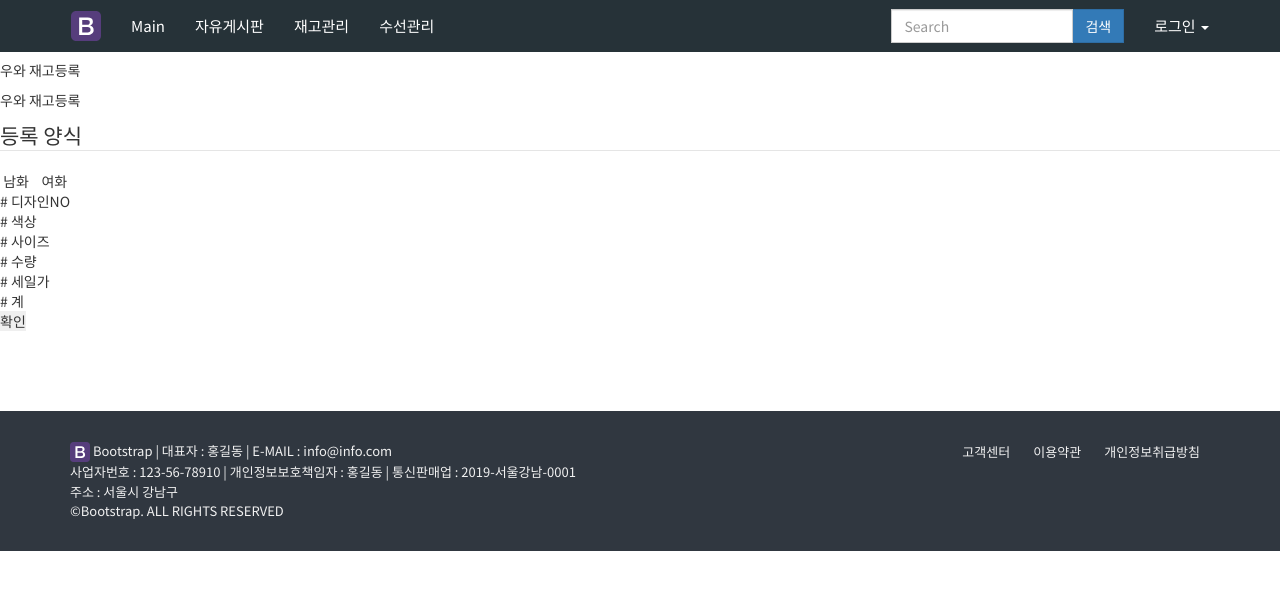
Repository: RattenLegs/Project_Inventory
Page: http://localhost/Project_Inventory/WEB-INF/views/inventoryboard/addInventory.jsp
The author's editor kept a copy of each file at every save. The page is drawn from the files as they stood at one save, then again after the next save.
The browser window is 1280 px wide. The pictures show the whole page.
Some web libraries are served in a nearby version. The page is served by Tomcat 9. Nobody is signed in. Other server files are loaded and not shown. The template is opened directly, without the code that normally fills it, so the values that code supplies are empty.

Above is the page before, as saved 2022-12-04 11:48:13.

### Project_Inventory/src/main/webapp/WEB-INF/views/inventoryboard/addInventory.jsp
<%@ page language="java" contentType="text/html; charset=UTF-8"
	pageEncoding="UTF-8"%>
<!DOCTYPE html>
<html>
<head>
<meta charset="UTF-8">
<title>addInventory</title>
<%@ include file="../../views/include/header.jsp"%>
</head>
<body>
	<p>우와 재고등록</p>
	<p>우와 재고등록</p>
	<p>우와 재고등록</p>
	<p>우와 재고등록</p>

	<form action="/inventory/inventoryList" method="post">
	<fieldset>
		<legend>등록 양식</legend>
		<p>
		<input type="checkbox" name="shoes" value="man"> 남화 &nbsp;
		<input type="checkbox" name="shoes" value="woman"> 여화 &nbsp;
		<br>
		# 디자인NO <input type="text" name="design" size="10"> <br>
		# 색상 <input type="text" name="color" size="10"> <br>
		# 사이즈 <input type="text" name="size" size="10"> <br>
		# 수량 <input type="text" name="num" size="10"> <br>
		# 세일가 <input type="text" name="price" size="10"> <br>
		# 계 <input type="text" name="sum" size="10"> <br>

		<input type="submit" value="확인">
		</p>
	</fieldset>

	</form>
	<%@ include file="../../views/include/footer.jsp"%>
</body>
</html>

### Project_Inventory/src/main/webapp/WEB-INF/views/include/header.jsp
<%@ page language="java" contentType="text/html; charset=UTF-8"
    pageEncoding="UTF-8"%>
<%@ taglib uri="http://java.sun.com/jsp/jstl/core" prefix="c" %>

<!DOCTYPE html>
<html>
<head>

    <meta charset="utf-8">
    <meta http-equiv="X-UA-Compatible" content="IE=edge">
    <meta name="viewport" content="width=device-width, initial-scale=1">
    <title>인덱스를 만들어 보자</title>

	<!--
		${pageContext.request.contextPath} == <c:url value='' />
	 -->

    <link href="${pageContext.request.contextPath}/resources/css/bootstrap.css" rel="stylesheet">
    <script src="https://ajax.googleapis.com/ajax/libs/jquery/1.11.2/jquery.min.js"></script>
    <!--개인 디자인 추가-->
    <link href="${pageContext.request.contextPath}/resources/css/style.css" rel="stylesheet">
    <script src="${pageContext.request.contextPath}/resources/js/bootstrap.js"></script>
</head>
<body>
	<header>
        <div class="container-fluid">
            <div class="row">
                <div class="container">
                    <div class="navbar">
                        <div class="navbar-header">
                            <!--data-toggle 같은 것들은 내부적으로 지원하는 반응형 API기능이므로 지우면 안됩니다-->
                            <button type="button" class="navbar-toggle" data-toggle="collapse" data-target="#myNavbar">
                                <span class="icon-bar"></span>
                                <span class="icon-bar"></span>
                                <span class="icon-bar"></span>
                            </button>
                            <a class="navbar-brand" href="#"><img width="30" src="${pageContext.request.contextPath }/resources/img/logo.svg" alt="Brand"></a>
                        </div>


                        <div class="collapse navbar-collapse" id="myNavbar">
                            <ul class="nav navbar-nav">
                                <li class="active"><a href="<c:url value='/' />">Main</a></li>
                                <li><a href="<c:url value='/freeboard/freeboard' />">자유게시판</a></li>
                                <li><a href="<c:url value='/inventoryboard/inventoryList' />">재고관리</a></li>
                                <li><a href="<c:url value='/repairboard/repairList' />">수선관리</a></li>
                                <!--
				<li><a href="#">강의</a></li>
                                <li><a href="#">Form</a></li>
                                <li><a href="#">Board</a></li>
 				-->

                            </ul>
                            <ul class="nav navbar-nav navbar-right">
                                <li class="dropdown">
                                    <a class="dropdown-toggle" data-toggle="dropdown" href="#">로그인
                                        <span class="caret"></span></a>
                                    <ul class="dropdown-menu">
                                        <li><a href="<c:url value='/user/userJoin' />"><span class="glyphicon glyphicon-user"></span>Join</a></li>
                                        <li><a href="#"><span class="glyphicon glyphicon-log-in"></span>Login</a></li>
                                        <li><a href="#"><span class="glyphicon glyphicon-user"></span>MyPage</a></li>
                                        <li><a href="#"><span class="glyphicon glyphicon-log-out"></span>Logout</a></li>
                                    </ul>
                                </li>
                            </ul>

                            <form class="navbar-form navbar-right" action="">
                                <div class="input-group">
                                    <input type="text" class="form-control" placeholder="Search">
                                    <div class="input-group-btn">

                                        <button class="btn btn-primary" type="submit">
                                           	 검색
                                        </button>
                                    </div>
                                </div>
                            </form>
                        </div>
                    </div>
                </div>
            </div>
        </div>
    </header>

### Project_Inventory/src/main/webapp/WEB-INF/views/include/footer.jsp
<%@ page language="java" contentType="text/html; charset=UTF-8"
    pageEncoding="UTF-8"%>
    <footer>
        <div class="container">
            <div class="row">
                <div class="col-md-7 col-sm-12">
                    <div class="copyright">
                        <a href="">
                            <img width="20" src="${pageContext.request.contextPath }/resources/img/logo.svg" alt="Brand">
                        </a>
                        Bootstrap | 대표자 : 홍길동 | E-MAIL : info&#64;info.com<br>
                        사업자번호 : 123-56-78910 | 개인정보보호책임자 : 홍길동 | 통신판매업 : 2019-서울강남-0001<br>
                        주소 : 서울시 강남구
                        <address>&copy;Bootstrap. ALL RIGHTS RESERVED</address>
                    </div>
                </div>
                <div class="col-md-5 col-sm-12 text-right">
                    <ul class="footer-menu">
                        <li><a href="#">고객센터</a></li>
                        <li><a href="#">이용약관</a></li>
                        <li><a href="#">개인정보취급방침</a></li>
                    </ul>
                </div>
            </div>
        </div>
    </footer>
    <!-- //footer -->

### Project_Inventory/src/main/webapp/resources/css/style.css
/*=========웹폰트 선언=========*/
@import
	url('https://fonts.googleapis.com/css?family=Noto+Sans+KR&display=swap')
	;
/*===========================*/

/*디자인 시작시 기본 선언*/
* { /* 기본선언: 마딩, 패딩 0, 요소크기에 padding, border값을 포함 x*/
	padding: 0;
	margin: 0;
	box-sizing: border-box;
}

body, html {
	width: 100%;
	min-width: 320px;
	font-family: 'Noto Sans KR', sans-serif; /*웹폰트 사용*/
}

img {
	max-width: 100%; /*사이즈가 변해도 넓이를 유지 */
	height: auto; /*사이즈가 변해도 높이를 유지 */
	/*vertical-align: top;*/
}

input, textarea, button, select {
	/*고유하게 적용되어있는 form관련 요소들을 제거해서 여러브라우저에서 동일한디자인을 얻게함*/
	-webkit-appearance: none;
	-moz-appearance: none;
	appearance: none;
	border: none
}

ul, ol, dl, li {
	list-style: none /*순서 요소들이 리스트스타일을 업앤다 */
}

.btn {
	border-radius: 0px;
}

/*=========헤더=========*/
.carousel-control.right, .carousel-control.left {
	background-image: linear-gradient(to right, rgba(0, 0, 0, .0001) 0%,
		rgba(0, 0, 0, 0) 100%)
}
header {
	position: fixed;
	left: 0;
	top: 0;
	width: 100%;
	z-index: 50; /*position을 이용하면 요소가 겹쳐질 수 있다. 숫자가 제일 높은값이 위로 떠오른다*/
}
header {
	background: #263238;
}

section {
	margin-top: 50px;
}

/*header 의 모든 컨테이너 클래스에 적용함 */
header .container {
	padding: 0;
}
/*navbar의 margin: 0으로 */
.navbar {
	margin-bottom: 0px;
}
/*이미지 위치 조정 */
.navbar-brand {
	padding: 10px 15px;
}
/*nav의 a변경*/
.nav>li>a {
	font-size: 15px;
	color: white;
}
/*na의 a 호버시 기능 변경 */
.nav>li>a:hover, .nav>li>a:focus {
	background-color: #304047;
}

/* 토글메뉴 윤곽색 변경 */
.navbar-toggle {
	border-color: white;
}

.navbar-toggle>.icon-bar {
	background-color: white;
}
/*개발자도구에서 확인후 색깔변경*/
.nav .open>a:focus {
	background-color: #304047;
}
/*부트스트랩의 드롭다운시 a태그 색상변경  */
.dropdown-menu>li>a {
	color: #f5f5f5;
}
/*======슬라이더=======*/
.slide-list {
	padding: 0;
}
/* ===================================
    Footer style
====================================== */
footer {
	margin-top: 70px;
	background-color: #303740;
	padding: 30px 0;
}

footer .copyright {
	font-size: 13px;
	line-height: 20px;
	color: #f1f1f1;
}

footer .copyright address {
	margin-bottom: 0;
}

footer .footer-menu li {
	display: inline-block;
	padding: 0 10px;
}

footer .footer-menu li a {
	display: block;
	color: #f1f1f1;
	font-size: 13px;
}

/*===========본문=========== */
/*섹션전체에 패딩 추가*/
section {
	/*위 60px 나머지 0 */

}

.prod-list, .prod-link {
	border: 1px solid #ddd; /*윤곽 1, 한줄, 색상 */
	display: block; /* 블락요소로 변경 반드시 필요 */
	text-align: center; /*이미지 가운데 정렬*/
	/* position: relative;*/
}
/*기본 부트설정은 좌우 15px임 -> col에 대해 전부 5px로 바꿔버린다*/
.prod-list, .prod-list>li[class*="col-"] {
	padding: 5px;
}

/*호버기능 추가*/
.prod-link:hover {
	border-color: #4285F4;
}

.prod-link>.arrow {
	display: block; /*span은 인라인 요소입니다 인라인요소는 position속성을 사용할수 없습니다*/
	position: absolute;
	/*원래 위치에서 따로 띠어내어 부모위치로 조정한다 width, heigth를 필수로 지정해야한다*/
	left: 15px; /*좌우 위치조정 left, right 중 한개만쓴다*/
	bottom: 15px; /*위아래 위치조정 top, bottom 중한개만 쓴다 */
	width: 36px; /* 넓이값 조정 */
	height: 36px; /* 높이값 조정*/
	line-height: 36px; /*텍스트가 위치에 맞게 높이와 동일하게 설정 */
	background-color: #ccc;
	color: #fff;
	opacity: 1; /*투명도*/
}
/* .hover클래스의 넓이 색상 투명도*/
.prod-link>.hover {
	width: 100px;
	background-color: #4285F4;
	opacity: 0;
}
/*link호버시 arrow클래스를 투명도 0*/
.prod-link:hover>.arrow {
	opacity: 0;
}
/*link호버시 hover클래스를 투명도 1*/
.prod-link:hover>.hover {
	opacity: 1;
}

/*========회원가입 폼 디자인=========*/
/*제목박스(계속사용) */
.titlebox {
	width: 250px;
	text-align: center;
	height: 40px;
	line-height: 40px;
	margin: 70px auto;
	border-top: 1px solid #E1E1E1;
	border-bottom: 1px solid #E1E1E1;
}

.join-form {
	margin: 0 auto;
	/*가운대 정렬방법 하지만 적용되지 않는다. 이유는 col클래스들이 float:left를 들고 있기 때문*/
	float: none; /*플롯을 해제한다. 가운대정렬이 들어간다*/
}
/*조인폼클래스의 form태그의 접근 */
.join-form form {
	border-radius: 8px; /*윤곽 8*/
	padding: 15px; /*모든 패딩 15*/
	/*박스 쉐도우: 그림자가 가로로떨어진간격, 세로로떨어진 간격, 흐릿정도, 그림자색상*/
	box-shadow: 0px 8px 16px rgba(0, 0, 0, 0.15)
}

.input-group-addon {
	padding: 0;
	border: none; /*윤곽 모두 0*/
	border-radius: 0;
}
/*폼컨트롤, 인풋그룹 내부에 모든 버튼 라디우스 0 */
.form-control, .form-group .btn {
	border-radius: 0;
}
/*포커스시 윤곽 색 변경*/
.form-control:focus {
	border-color: #555;
}
/* 핸드폰폼 디자인 */
.input-group .phone1 {
	width: 33.3333%;
}

.input-group .phone2 {
	width: 66.6666%;
}
/*이메일폼 디자인 */
.email-form {
	box-sizing: border-box;
	overflow: hidden;
}

.email-form input {
	width: 33.33%;
	float: left;
}

.email-form select {
	width: 66.66%;
	float: left;
}
/*=========로그인 디자인==========*/
.login-form {
	margin: 0 auto;
	float: none;
}

.login-form form {
	border-radius: 8px; /*윤곽 8*/
	padding: 70px 120px; /*위아래, 좌우*/
	/*박스 쉐도우: 그림자가 가로로떨어진간격, 세로로떨어진 간격, 흐릿정도, 그림자색상*/
	box-shadow: 0px 8px 16px rgba(0, 0, 0, 0.15);
	margin-bottom: 174px; /*화면에 딱맞게 밀어준다*/
}

/*========회원정보 디자인=========*/
.m-control .m-title {
	min-width: 100px; /*화면줄었을때 최소크기*/
	vertical-align: middle; /*가운대 정렬*/
}

.m-control .form-control {
	width: 200px;
	display: inline; /*인라인요소로 변경한다*/
}
/*개발자 도구에서 input-sm의 정렬을 푼다*/
.m-control .input-sm {
	height: auto;
	line-height: normal;
}
/*sel의 크기만 지정*/
.m-control  .sel {
	width: 80px;
}

.m-control .add {
	width: 400px;
}

.titlefoot {
	text-align: center; /*인라인의 텍스트정렬 가운데*/
	margin: 30px auto; /*박스의 가운데정렬*/
	width: 50%; /*크기 50%*/
}

/*==========자게 디자인==========*/
.titlebox {
	width: 250px;
	text-align: center;
	height: 40px;
	line-height: 40px;
	margin: 70px auto;
	border-top: 1px solid #E1E1E1;
	border-bottom: 1px solid #E1E1E1;
}
/*자게 그리드*/
.board-table {
	float: none; /*col의 플로팅 해제 */
	margin: 0 auto;
}
/*---검색버튼--- */
.search-wrap {
	overflow: hidden; /*부모요소에 히든 */
	margin-bottom: 20px;
}

.search-btn, .search-input, .search-select {
	float: right; /*우측 플로팅 */
}

.search-input {
	width: 140px;
}

.search-select {
	width: 80px;
}

/*제목에 클래스를 줘서 강제로 크기 고정*/
.board-title {
	width: 300px;
}
/*th의 순차적 접근 색상변경 */
.table-bordered>thead>tr>th {
	background-color: #E7F2F9;
	color: #003366;
}

/*테이블 안에 a태그에 순차적 접근 */
.table-bordered>tbody>tr>td>a, .table-bordered>tbody>tr>td>a:hover {
	color: black;
}

.pagination {
	margin: 0; /*페이지 네이션의 기본 마진 0*/
}

.text-center .btn {
	float: right; /*오른쪽으로 쌓아서 우측정렬 시킨다*/
	border: 0; /*border스타일 해제*/
	border-radius: 0; /*윤곽 0*/
	padding: 5px 10px; /*버튼 패딩을 페이지네이션과 맞춘다*/
}

/*==========자게 글쓰기==========*/
.titlebox {
	width: 250px;
	text-align: center;
	height: 40px;
	line-height: 40px;
	margin: 70px auto;
	border-top: 1px solid #E1E1E1;
	border-bottom: 1px solid #E1E1E1;
}

.t-control .t-title {
	width: 100px;
	min-width: 100px; /*화면줄었을때 최소크기*/
	vertical-align: middle; /*테이블에서 세로 가운대정렬*/
}

/*input 요소의 넓이만 선택*/
.t-control input {
	width: 200px;
	display: inline; /*인라인요소로 변경한다*/
}

/*개발자 도구에서 input-sm의 정렬을 푼다*/
.t-control .input-sm {
	height: auto;
	line-height: normal;
}
/*td의 아래만 밑줄*/
.t-control td {
	border-bottom: 1px solid #E1E1E1;
}

.titlefoot {
	text-align: center;
	margin: 30px auto; /*박스의 가운데정렬*/
	width: 50%; /*크기 50%*/
}
/*==========자게 상세보기==========*/
.write-wrap {
	margin: 0 auto;
	/*가운대 정렬방법 하지만 적용되지 않는다. 이유는 col클래스들이 float:left를 들고 있기 때문*/
	float: none; /*플롯을 해제한다. 가운대정렬이 들어간다*/
}
/*=======댓글========*/
.reply-wrap {
	background-color: #f5f5f5;
	padding: 15px;
	border: 1px solid #ddd;
	position: relative; /*부모에 relative*/
}

.reply-wrap .reply-image {
	position: absolute; /*자식에서 absolute로 부모요소 위치로 조정*/
	left: 15px;
	top: 15px;
}

.reply-wrap .reply-content {
	padding-left: 60px;
}
/*부트스트랩의 form-control 조정 */
.reply-content>.form-control {
	resize: vertical; /*세로로만 조정가능*/
	width: 100%; /*최대 100%*/
	min-height: 80px; /*최대 넓이*/
	margin-bottom: 10px;
}

.reply-input>.form-control {
	width: 200px;
	margin-bottom: 5px;
}

.reply-group {
	overflow: hidden;
}

.reply-input {
	float: left;
}

.reply-group .right {
	float: right;
}

/*댓글 영역*/
.reply-group small {
	margin-left: 10px;
	height: 20px;
	line-height: 20px;
}

.reply-group small, .reply-group strong {
	float: left;
}

.reply-group a {
	text-decoration: none;
	color: #777;
	float: right;
}
/*댓글창 포커스시 서서히 보이기 */
.reply-content textarea {
	height: 50px;
	transition: height .4s ease-in-out;
}

.reply-content textarea:focus {
	height: 150px;
}
/*==========토글탭 mypage==========*/
.tabs-style {
	background-color: #607D8B;
}
/*탭버튼 아래 마진 50*/
.tabs-style {
	margin-bottom: 50px;
}

.tabs-style>li {
	margin-bottom: 0;
}

.tabs-style li a {
	background-color: #607D8B;
	border: none;
	margin: 0;
	border-radius: 0px;
}

.tabs-style li.active a, .tabs-style li.active a:hover, .tabs-style li.active a:focus
	{
	border: none;
	background-color: #56707D;
	color: #fff;
}

.myInfo {
	margin: 0 auto;
	float: none;
}

.myInfo-inner {
	margin: 0;
	float: none;
}

/*==========mypage check==========*/
.infoCheck {
	margin: 0 auto;
	float: none;
}

.infoCheck-form ul {
	width: 270px;
	margin: 0 auto;
}

.infoCheck-form li {
	position: relative;
	padding-left: 95px;
}

.infoCheck-form li .lab {
	font-size: 20px;
	position: absolute;
	top: 0;
	left: 0;
}

.infoCheck-form input {
	width: 170px;
	margin: 0;
}

.infoCheck .alert {
	margin-bottom: 50px;
	border-radius: 0;
}

.infoCheck-btn {
	width: 270px;
	margin-top: 40px;
	margin: 0 auto;
}

.infoCheck-btn button {
	margin-top: 20px;
	padding: 5px 51.5px;
}

### Project_Inventory/src/main/webapp/resources/img/logo.svg
<svg xmlns="http://www.w3.org/2000/svg" viewBox="0 0 612 612" focusable="false" role="img">
  <title>Bootstrap</title>
  <path fill="#563D7C" d="M612 510c0 56.1-45.9 102-102 102H102C45.9 612 0 566.1 0 510V102C0 45.9 45.9 0 102 0h408c56.1 0 102 45.9 102 102v408z"/>
  <path fill="#FFF" d="M166.3 133h173.5c32 0 57.7 7.3 77 22s29 36.8 29 66.5c0 18-4.4 33.4-13.2 46.2-8.8 12.8-21.4 22.8-37.8 29.8v1c22 4.7 38.7 15.1 50 31.2 11.3 16.2 17 36.4 17 60.8 0 14-2.5 27.1-7.5 39.2-5 12.2-12.8 22.7-23.5 31.5s-24.3 15.8-41 21-36.5 7.8-59.5 7.8h-164V133zm62.5 149.5h102c15 0 27.5-4.2 37.5-12.8s15-20.8 15-36.8c0-18-4.5-30.7-13.5-38s-22-11-39-11h-102v98.6zm0 156.5h110.5c19 0 33.8-4.9 44.2-14.8 10.5-9.8 15.8-23.8 15.8-41.8 0-17.7-5.2-31.2-15.8-40.8s-25.2-14.2-44.2-14.2H228.8V439z"/>
</svg>

Loaded but not shown: Project_Inventory/src/main/webapp/resources/css/bootstrap.css (library); Project_Inventory/src/main/webapp/resources/js/bootstrap.js (library)

After the next save:
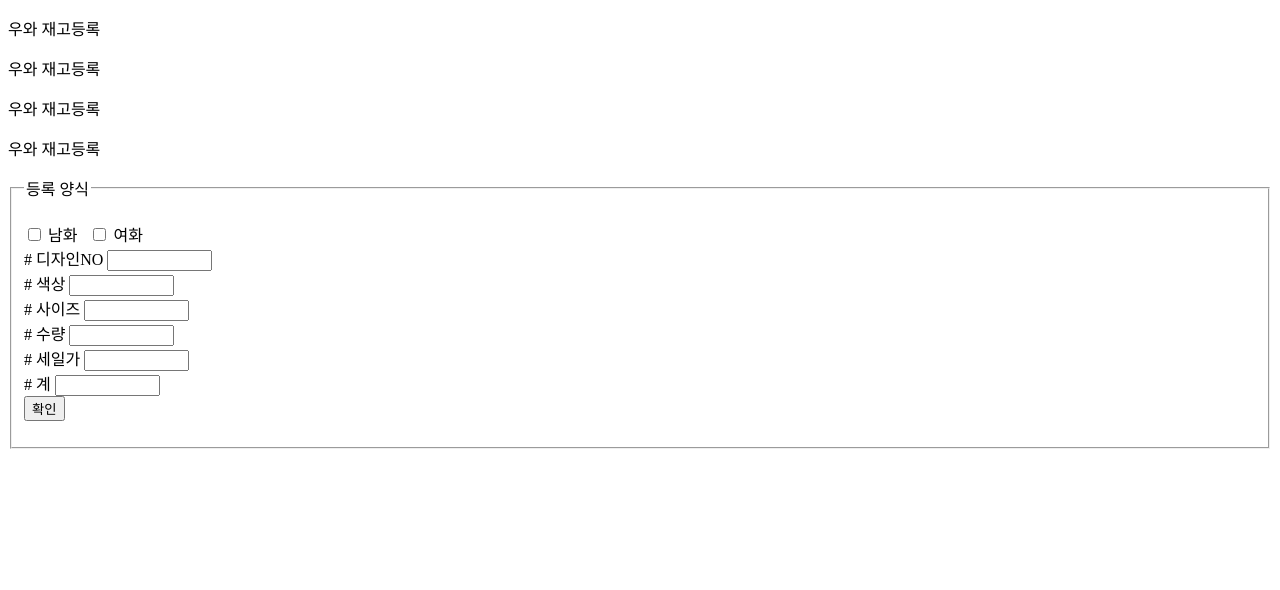
Saved 4 min 29 s later.
--- a/Project_Inventory/src/main/webapp/WEB-INF/views/inventoryboard/addInventory.jsp
+++ b/Project_Inventory/src/main/webapp/WEB-INF/views/inventoryboard/addInventory.jsp
@@ -5,7 +5,7 @@
 <head>
 <meta charset="UTF-8">
 <title>addInventory</title>
-<%@ include file="../../views/include/header.jsp"%>
+<%-- <%@ include file="../../views/include/header.jsp"%> --%>
 </head>
 <body>
 	<p>우와 재고등록</p>
@@ -32,6 +32,6 @@
 	</fieldset>
 
 	</form>
-	<%@ include file="../../views/include/footer.jsp"%>
+<%-- 	<%@ include file="../../views/include/footer.jsp"%> --%>
 </body>
 </html>
